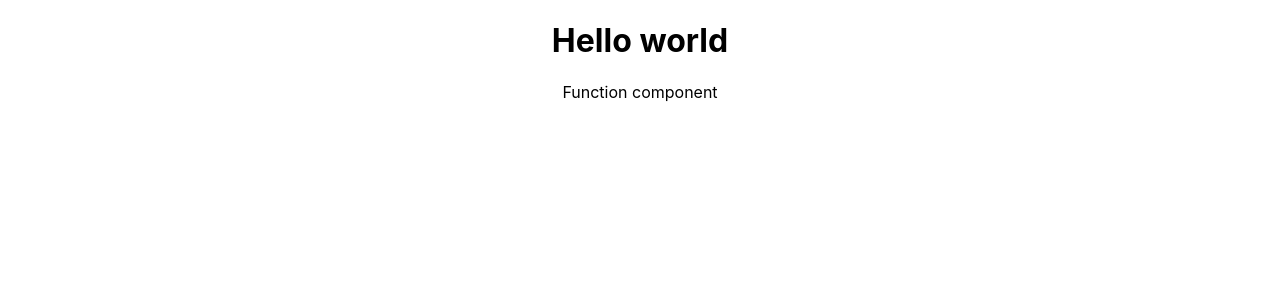
Repository: ShahbazGurmani/react-practice
Page: /
These files come from the project's save history. The page is drawn as it stood at one moment and after the next save; the edit follows.
The browser window is 1280 px wide. The pictures show the whole page.
The project was rebuilt for these pictures with package versions that can differ from the ones it lists, and the page was loaded fresh each time. Also part of the build but not shown: src/Records.js.

Above is the page before, as saved 2023-08-18 16:03:17.

### src/index.js
import React from 'react';
import ReactDOM from 'react-dom/client';
import './index.css';
import App from './App';
import Records from './Records';
import reportWebVitals from './reportWebVitals';

const root = ReactDOM.createRoot(document.getElementById('root'));
root.render(
  <React.StrictMode>
  <App/>
  </React.StrictMode>
);

// If you want to start measuring performance in your app, pass a function
// to log results (for example: reportWebVitals(console.log))
// or send to an analytics endpoint. Learn more: https://bit.ly/CRA-vitals
reportWebVitals();

### src/App.js
import logo from './logo.svg';
import './App.css';
import  './User';
import User from './User';
function App() {
  return (
    <div className="App">
      <h1>Hello world</h1>
      <User/>
    </div>

  );
}

export default App;

### src/User.js
function User()
{

    return(
        <div>Function component</div>
    );
}

export default User;

### src/List.js
import React,{Component} from "react";
//this is a method of class component
export default class List extends Component
{
    render()
    {
        return(
            <div>
                <h1>Class component</h1>
            </div>
        )
    }
}

Loaded but not shown: public/index.html (common file); src/index.css (common file); src/reportWebVitals.js (common file); src/App.css (common file)

After the next save:
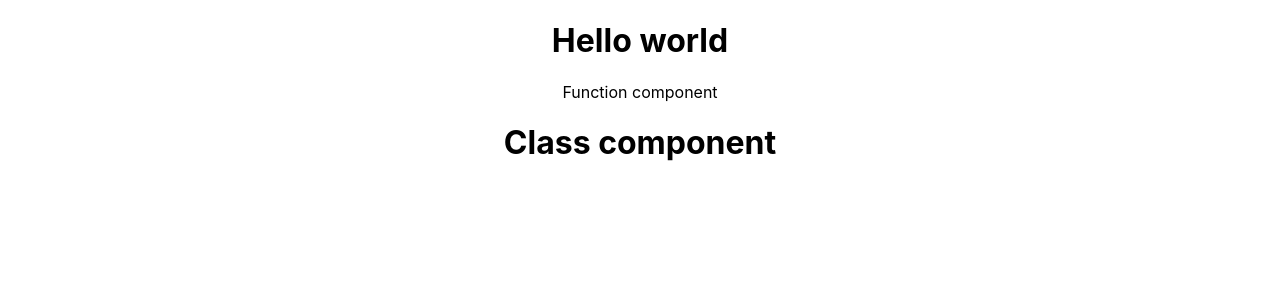
Saved 16 s later.
--- a/src/App.js
+++ b/src/App.js
@@ -1,12 +1,14 @@
 import logo from './logo.svg';
 import './App.css';
 import  './User';
+import List from './List';
 import User from './User';
 function App() {
   return (
     <div className="App">
       <h1>Hello world</h1>
       <User/>
+      <List/>
     </div>
 
   );
